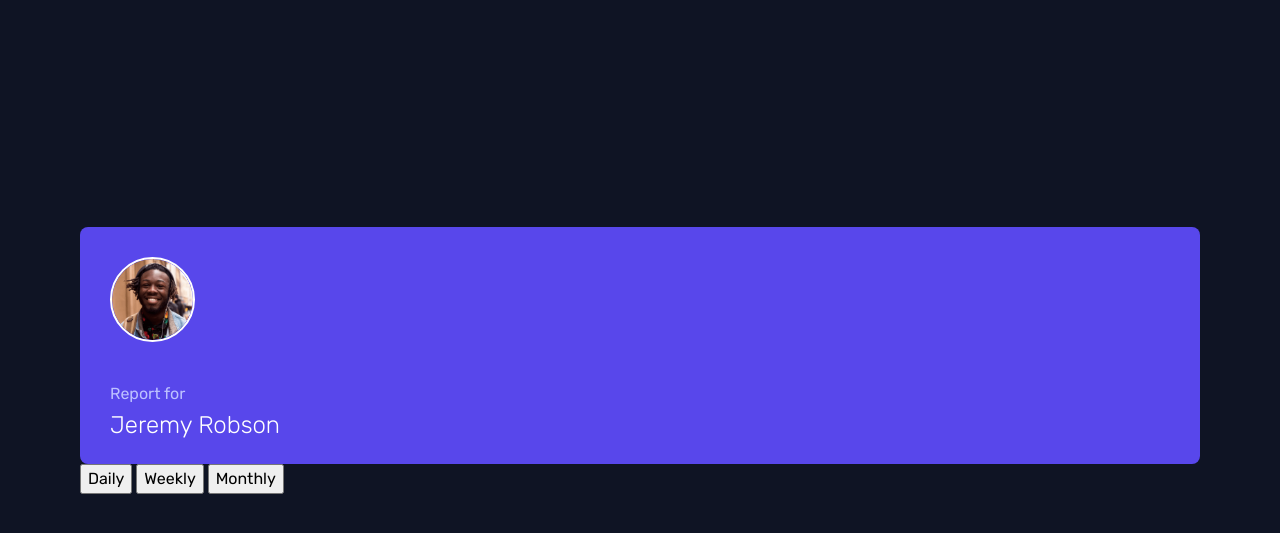
Repository: Akashiii1/WebTimeTracking_Day6
Page: index.html
The author's editor kept a copy of each file at every save. The page is drawn from the files as they stood at one save, then again after the next save.
The browser window is 1280 px wide. The pictures show the whole page.

Above is the page before, as saved 2021-12-26 23:48:19.

After the next save:
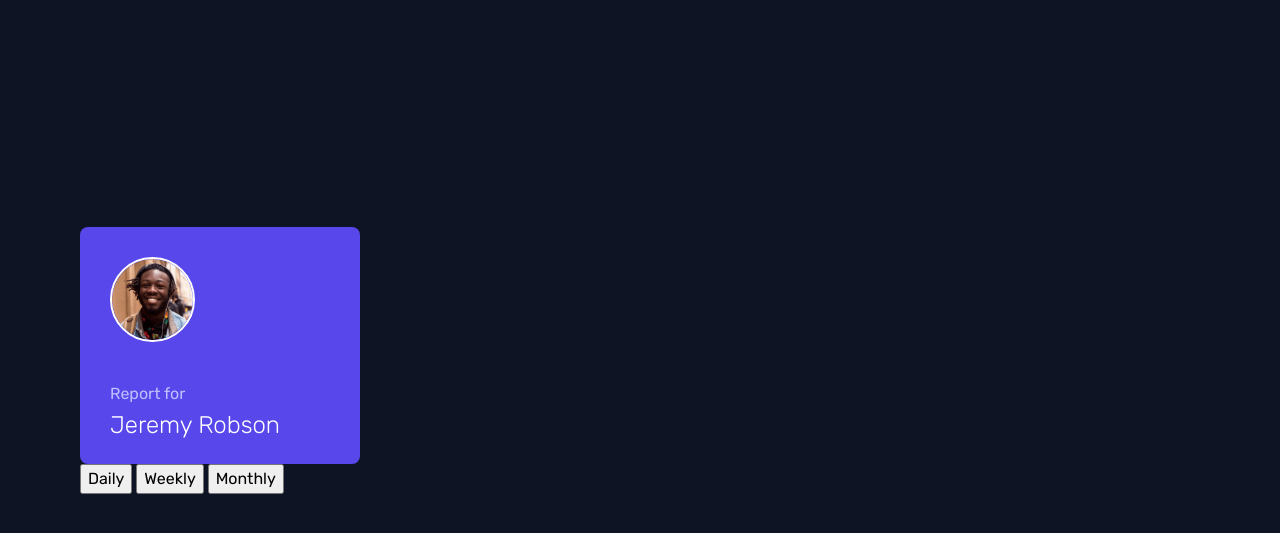
Saved 53 s later.
--- a/style.css
+++ b/style.css
@@ -56,6 +56,9 @@ body{
 }
 .container{
   width: 1120px;
+  display: grid;
+  grid-template-columns: repeat(4,1fr);
+  grid-gap: ;
 }
 .user{
   background: var(--Blue);
